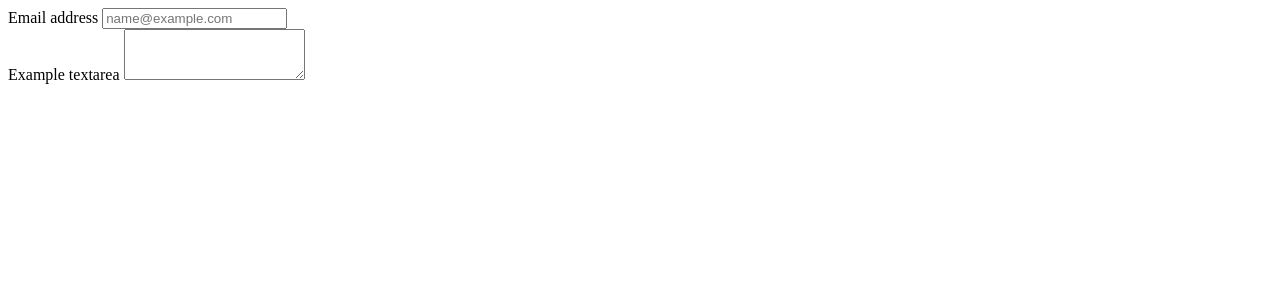
Repository: arunyerram/Web-TEChnologies
Page: Froms.html
An editor plug-in stored every save of this project. The page is shown before and after the next save, followed by the edit.
The browser window is 1280 px wide. The pictures show the whole page.

Above is the page before, as saved 2025-02-22 12:41:24.

After the next save:
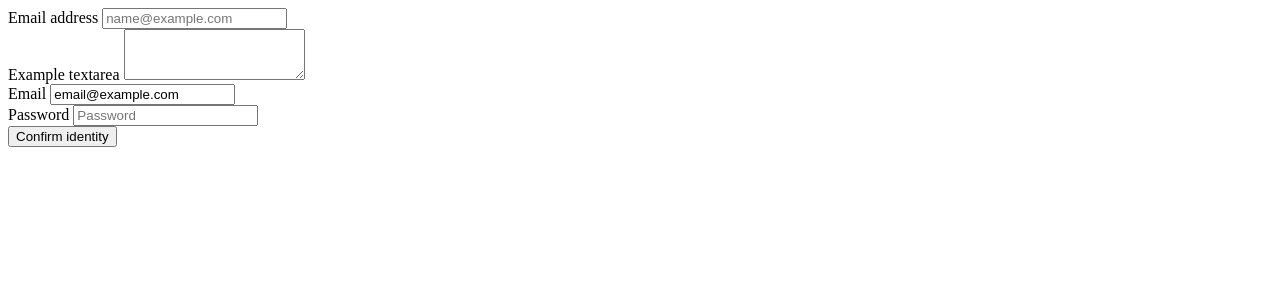
Saved 13 min 12 s later.
--- a/Froms.html
+++ b/Froms.html
@@ -14,5 +14,20 @@
         <label for="exampleFormControlTextarea1" class="form-label">Example textarea</label>
         <textarea class="form-control" id="exampleFormControlTextarea1" rows="3"></textarea>
       </div>
+
+
+      <form class="row g-3">
+        <div class="col-auto">
+          <label for="staticEmail2" class="visually-hidden">Email</label>
+          <input type="text" readonly class="form-control-plaintext" id="staticEmail2" value="email@example.com">
+        </div>
+        <div class="col-auto">
+          <label for="inputPassword2" class="visually-hidden">Password</label>
+          <input type="password" class="form-control" id="inputPassword2" placeholder="Password">
+        </div>
+        <div class="col-auto">
+          <button type="submit" class="btn btn-primary mb-3">Confirm identity</button>
+        </div>
+      </form>
 </body>
 </html>
